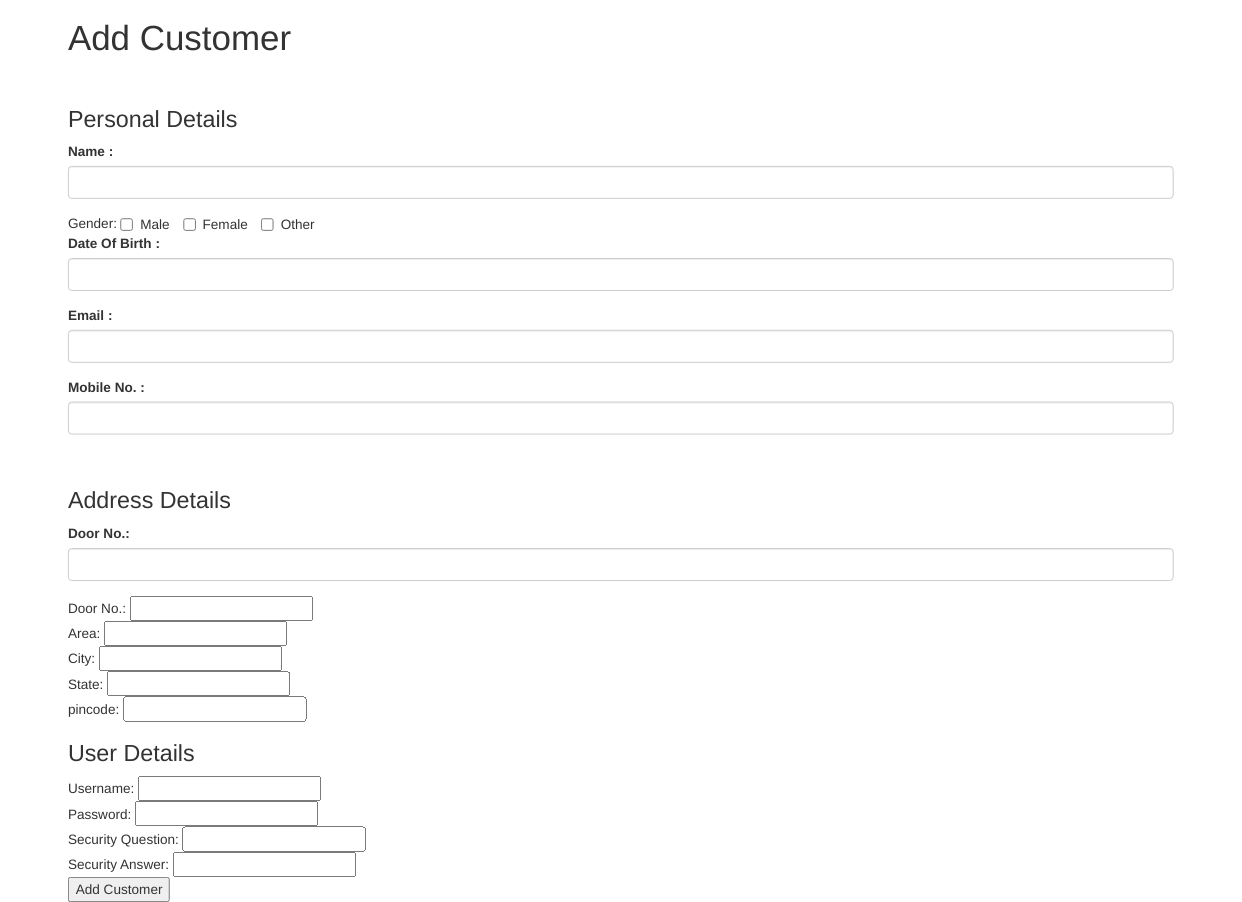
Repository: Shubham-Gawade/SpringHibernateTraining
Page: http://localhost/xorbankonline/WEB-INF/pages/addcustomer.jsp
An editor plug-in stored every save of this project. The page is shown before and after the next save, followed by the edit.
The browser window is 1280 px wide. The pictures show the whole page, at 97% of full size.
The page is served by Tomcat 9. Nobody is signed in. Other server files are loaded and not shown. The template is opened directly, without the code that normally fills it, so the values that code supplies are empty.

Above is the page before, as saved 2021-10-07 04:28:44.

### xorbankonline/src/main/webapp/WEB-INF/pages/addcustomer.jsp
<%@ page language="java" contentType="text/html; charset=ISO-8859-1"
    pageEncoding="ISO-8859-1"%>
<%@ taglib prefix="form" uri="http://www.springframework.org/tags/form" %>
<!DOCTYPE html>
<html>
<head>
<meta charset="ISO-8859-1">
<title>Insert title here</title>
<link rel="stylesheet" href="https://maxcdn.bootstrapcdn.com/bootstrap/3.3.7/css/bootstrap.min.css">
</head>
<body class="container">
	<h1>Add Customer</h1>
	<form:form action="addcustomer" method="post" modelAttribute="customerObj">
		<br/>
		<h3>Personal Details</h3>
		<div class="form-group">
		    <label for="name">Name :</label>
		    <form:input type="text" path="personName" class="form-control" name="name"/>
		</div>
		Gender:
		<label class="checkbox-inline"><input type="checkbox" value="MALE">Male</label>
		<label class="checkbox-inline"><input type="checkbox" value="FEMALE">Female</label>
		<label class="checkbox-inline"><input type="checkbox" value="OTHER">Other</label>
		<div class="form-group">
		    <label for="dateOfBirth">Date Of Birth :</label>
		    <input type="text" class="form-control" name="dateOfBirth">
		</div>
		<div class="form-group">
		    <label for="email">Email :</label>
		    <form:input type="email" class="form-control" path="email" name="email"/>
		</div>
		<div class="form-group">
		    <label for="email">Mobile No. :</label>
		    <form:input type="number" class="form-control" path="mobileNo" name="mobileNo"/>
		</div>

		<br/>
		<h3>Address Details</h3>
		<div class="form-group">
		    <label for="doorNo">Door No.:</label>
		    <form:input type="text" class="form-control" path="address.doorNo" name="doorNo"/>
		</div>
		Door No.: <form:input path="address.doorNo" type="text"/><br/>
		Area: <form:input path="address.area" type="text"/><br/>
		City: <form:input path="address.city" type="text"/><br/>
		State: <form:input path="address.state" type="text"/><br/>
		pincode: <form:input path="address.pincode" type="text"/><br/>

		<h3>User Details</h3>
		Username: <form:input path="user.userName" type="text"/><br/>
		Password: <form:input path="user.password" type="password"/><br/>
		Security Question: <form:input path="user.securityQuestion" type="text"/><br/>
		Security Answer: <form:input path="user.securityAnswer" type="text"/><br/>
		<input type="submit" value="Add Customer"/>
	</form:form>
</body>
</html>

After the next save:
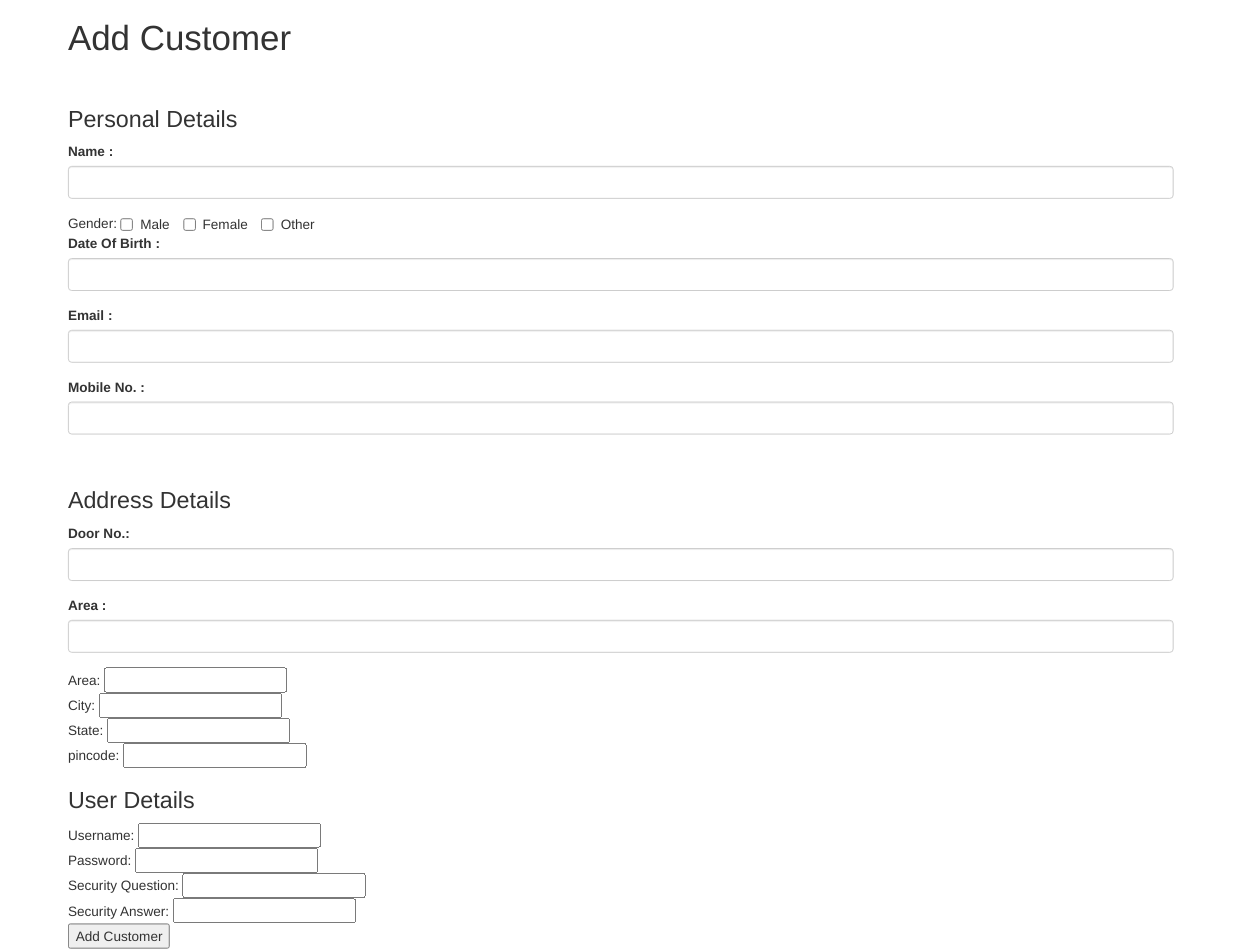
Saved 17 s later.
--- a/xorbankonline/src/main/webapp/WEB-INF/pages/addcustomer.jsp
+++ b/xorbankonline/src/main/webapp/WEB-INF/pages/addcustomer.jsp
@@ -40,7 +40,10 @@
 		    <label for="doorNo">Door No.:</label>
 		    <form:input type="text" class="form-control" path="address.doorNo" name="doorNo"/>
 		</div>
-		Door No.: <form:input path="address.doorNo" type="text"/><br/>
+		<div class="form-group">
+		    <label for="doorNo">Area :</label>
+		    <form:input type="text" class="form-control" path="address.doorNo" name="doorNo"/>
+		</div>
 		Area: <form:input path="address.area" type="text"/><br/>
 		City: <form:input path="address.city" type="text"/><br/>
 		State: <form:input path="address.state" type="text"/><br/>
